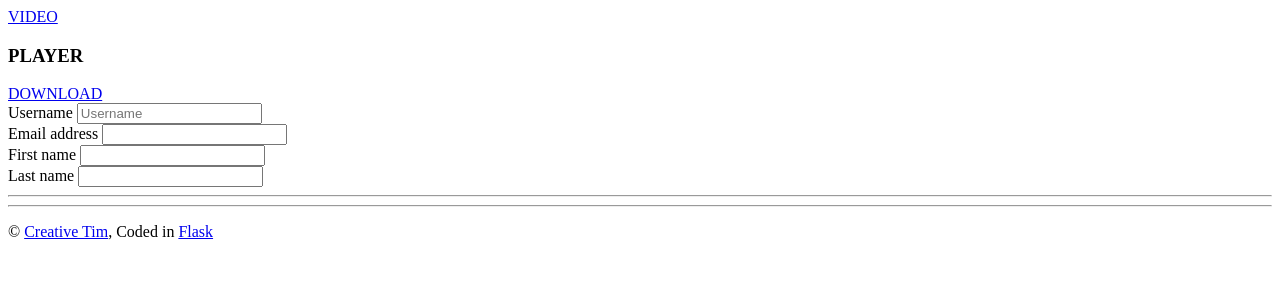
Repository: jasperDD/usedocker
Page: app/templates/pages/profile.html
The author's editor kept a record of every edit. The page is drawn from the files as they stood at one moment, then again after the next edit.
The browser window is 1280 px wide. The pictures show the whole page.
The template is drawn by Flask 3. The application's start-up code is not run. Other server files are loaded and not shown. The template is opened directly, without the code that normally fills it, so the values that code supplies are empty.

Above is the page before.

### app/templates/pages/profile.html
  <!-- Main content -->
  <div class="main-content">
    <!-- Top navbar -->
    <nav class="navbar navbar-top navbar-expand-md navbar-dark" id="navbar-main">
      <div class="container-fluid">
        <!-- Brand -->
        <a class="h4 mb-0 text-white text-uppercase d-none d-lg-inline-block" href="/profile.html">VIDEO</a>
      </div>
    </nav>
    <!-- Header -->
    {% include 'includes/top-stats.html' %}


    <!-- Page content -->
    <div class="container-fluid mt--7">
      <div class="row">
        <!--<div class="col-xl-4 order-xl-2 mb-5 mb-xl-0">-->
        <!--  <div class="card card-profile shadow">-->
        <!--    <div class="row justify-content-center">-->
        <!--      <div class="col-lg-3 order-lg-2">-->
        <!--        <div class="card-profile-image">-->
        <!--          <a href="#">-->
        <!--            <img src="/static/assets/img/theme/team-4-800x800.jpg" class="rounded-circle">-->
        <!--          </a>-->
        <!--        </div>-->
        <!--      </div>-->
        <!--    </div>-->
        <!--    <div class="card-header text-center border-0 pt-8 pt-md-4 pb-0 pb-md-4">-->
        <!--      <div class="d-flex justify-content-between">-->
        <!--        <a href="#" class="btn btn-sm btn-info mr-4">Connect</a>-->
        <!--        <a href="#" class="btn btn-sm btn-default float-right">Message</a>-->
        <!--      </div>-->
        <!--    </div>-->
        <!--    <div class="card-body pt-0 pt-md-4">-->
        <!--      <div class="row">-->
        <!--        <div class="col">-->
        <!--          <div class="card-profile-stats d-flex justify-content-center mt-md-5">-->
        <!--            <div>-->
        <!--              <span class="heading">22</span>-->
        <!--              <span class="description">Friends</span>-->
        <!--            </div>-->
        <!--            <div>-->
        <!--              <span class="heading">10</span>-->
        <!--              <span class="description">Photos</span>-->
        <!--            </div>-->
        <!--            <div>-->
        <!--              <span class="heading">89</span>-->
        <!--              <span class="description">Comments</span>-->
        <!--            </div>-->
        <!--          </div>-->
        <!--        </div>-->
        <!--      </div>-->
        <!--      <div class="text-center">-->
        <!--        <h3>-->
        <!--          Jessica Jones<span class="font-weight-light">, 27</span>-->
        <!--        </h3>-->
        <!--        <div class="h5 font-weight-300">-->
        <!--          <i class="ni location_pin mr-2"></i>Bucharest, Romania-->
        <!--        </div>-->
        <!--        <div class="h5 mt-4">-->
        <!--          <i class="ni business_briefcase-24 mr-2"></i>Solution Manager - Creative Tim Officer-->
        <!--        </div>-->
        <!--        <div>-->
        <!--          <i class="ni education_hat mr-2"></i>University of Computer Science-->
        <!--        </div>-->
        <!--        <hr class="my-4" />-->
        <!--        <p>Ryan — the name taken by Melbourne-raised, Brooklyn-based Nick Murphy — writes, performs and records all of his own music.</p>-->
        <!--        <a href="#">Show more</a>-->
        <!--      </div>-->
        <!--    </div>-->
        <!--  </div>-->
        <!--</div>-->
        <div class="col-xl-12 order-xl-1">
          <div class="card bg-secondary shadow">
            <div class="card-header bg-white border-0">
              <div class="row align-items-center">
                <div class="col-8">
                  <h3 class="mb-0">PLAYER</h3>
                </div>
                <div class="col-4 text-right">
                  <a href="#!" class="btn btn-block btn-primary">DOWNLOAD</a>
                </div>
              </div>
            </div>
            <div class="card-body">
              <form>
                <!--<h6 class="heading-small text-muted mb-4">User information</h6>-->
                <div class="pl-lg-4">
                  <div class="row">
                    <div class="col-lg-6">
                      <div class="form-group">
                        <label class="form-control-label" for="input-username">Username</label>
                        <input type="text" id="input-username" class="form-control form-control-alternative" placeholder="Username" value="{{ current_user.user }}">
                      </div>
                    </div>
                    <div class="col-lg-6">
                      <div class="form-group">
                        <label class="form-control-label" for="input-email">Email address</label>
                        <input type="email" id="input-email" class="form-control form-control-alternative" placeholder="{{ current_user.email }}">
                      </div>
                    </div>
                  </div>
                  <div class="row">
                    <div class="col-lg-6">
                      <div class="form-group">
                        <label class="form-control-label" for="input-first-name">First name</label>
                        <input type="text" id="input-first-name" class="form-control form-control-alternative">
                      </div>
                    </div>
                    <div class="col-lg-6">
                      <div class="form-group">
                        <label class="form-control-label" for="input-last-name">Last name</label>
                        <input type="text" id="input-last-name" class="form-control form-control-alternative">
                      </div>
                    </div>
                  </div>
                </div>
                <hr class="my-4" />
                <!-- Address -->
                <!--<h6 class="heading-small text-muted mb-4">Contact information</h6>-->
                <!--<div class="pl-lg-4">-->
                <!--  <div class="row">-->
                <!--    <div class="col-md-12">-->
                <!--      <div class="form-group">-->
                <!--        <label class="form-control-label" for="input-address">Address</label>-->
                <!--        <input id="input-address" class="form-control form-control-alternative" placeholder="Home Address" value="Bld Mihail Kogalniceanu, nr. 8 Bl 1, Sc 1, Ap 09" type="text">-->
                <!--      </div>-->
                <!--    </div>-->
                <!--  </div>-->
                <!--  <div class="row">-->
                <!--    <div class="col-lg-4">-->
                <!--      <div class="form-group">-->
                <!--        <label class="form-control-label" for="input-city">City</label>-->
                <!--        <input type="text" id="input-city" class="form-control form-control-alternative" placeholder="City" value="New York">-->
                <!--      </div>-->
                <!--    </div>-->
                <!--    <div class="col-lg-4">-->
                <!--      <div class="form-group">-->
                <!--        <label class="form-control-label" for="input-country">Country</label>-->
                <!--        <input type="text" id="input-country" class="form-control form-control-alternative" placeholder="Country" value="United States">-->
                <!--      </div>-->
                <!--    </div>-->
                <!--    <div class="col-lg-4">-->
                <!--      <div class="form-group">-->
                <!--        <label class="form-control-label" for="input-country">Postal code</label>-->
                <!--        <input type="number" id="input-postal-code" class="form-control form-control-alternative" placeholder="Postal code">-->
                <!--      </div>-->
                <!--    </div>-->
                <!--  </div>-->
                <!--</div>-->
                <hr class="my-4" />
                <!-- Description -->
                <!--<h6 class="heading-small text-muted mb-4">About me</h6>-->
                <!--<div class="pl-lg-4">-->
                <!--  <div class="form-group">-->
                <!--    <label>About Me</label>-->
                <!--    <textarea rows="4" class="form-control form-control-alternative" placeholder="A few words about you ...">A beautiful Dashboard for Bootstrap 4. It is Free and Open Source.</textarea>-->
                <!--  </div>-->
                <!--</div>-->
              </form>
            </div>
          </div>
        </div>
      </div>

      {% include 'includes/footer.html' %}

    </div>
  </div>

### app/templates/includes/top-stats.html

    <div class="header bg-gradient-primary pb-8 pt-5 pt-md-8">
      <div class="container-fluid">
        <!--<div class="header-body">-->
          <!-- Card stats -->
          <!--<div class="row">-->
          <!--  <div class="col-xl-3 col-lg-6">-->
          <!--    <div class="card card-stats mb-4 mb-xl-0">-->
          <!--      <div class="card-body">-->
          <!--        <div class="row">-->
          <!--          <div class="col">-->
          <!--            <h5 class="card-title text-uppercase text-muted mb-0">Traffic</h5>-->

          <!--            <span id="stats_traffic" class="h2 font-weight-bold mb-0">N/A</span>-->

          <!--          </div>-->
          <!--          <div class="col-auto">-->
          <!--            <div class="icon icon-shape bg-danger text-white rounded-circle shadow">-->
          <!--              <i class="fas fa-chart-bar"></i>-->
          <!--            </div>-->
          <!--          </div>-->
          <!--        </div>-->
          <!--        <p class="mt-3 mb-0 text-muted text-sm">-->
          <!--          <span class="text-success mr-2"><i class="fa fa-arrow-up"></i> 3.48%</span>-->
          <!--          <span class="text-nowrap">Since last month</span>-->
          <!--        </p>-->
          <!--      </div>-->
          <!--    </div>-->
          <!--  </div>-->
          <!--  <div class="col-xl-3 col-lg-6">-->
          <!--    <div class="card card-stats mb-4 mb-xl-0">-->
          <!--      <div class="card-body">-->
          <!--        <div class="row">-->
          <!--          <div class="col">-->
          <!--            <h5 class="card-title text-uppercase text-muted mb-0">New users</h5>-->

          <!--            <span id="stats_users" class="h2 font-weight-bold mb-0">N/A</span>-->

          <!--          </div>-->
          <!--          <div class="col-auto">-->
          <!--            <div class="icon icon-shape bg-warning text-white rounded-circle shadow">-->
          <!--              <i class="fas fa-chart-pie"></i>-->
          <!--            </div>-->
          <!--          </div>-->
          <!--        </div>-->
          <!--        <p class="mt-3 mb-0 text-muted text-sm">-->
          <!--          <span class="text-danger mr-2"><i class="fas fa-arrow-down"></i> 3.48%</span>-->
          <!--          <span class="text-nowrap">Since last week</span>-->
          <!--        </p>-->
          <!--      </div>-->
          <!--    </div>-->
          <!--  </div>-->
          <!--  <div class="col-xl-3 col-lg-6">-->
          <!--    <div class="card card-stats mb-4 mb-xl-0">-->
          <!--      <div class="card-body">-->
          <!--        <div class="row">-->
          <!--          <div class="col">-->
          <!--            <h5 class="card-title text-uppercase text-muted mb-0">Sales</h5>-->

          <!--            <span id="stats_sales" class="h2 font-weight-bold mb-0">N/A</span>-->

          <!--          </div>-->
          <!--          <div class="col-auto">-->
          <!--            <div class="icon icon-shape bg-yellow text-white rounded-circle shadow">-->
          <!--              <i class="fas fa-users"></i>-->
          <!--            </div>-->
          <!--          </div>-->
          <!--        </div>-->
          <!--        <p class="mt-3 mb-0 text-muted text-sm">-->
          <!--          <span class="text-warning mr-2"><i class="fas fa-arrow-down"></i> 1.10%</span>-->
          <!--          <span class="text-nowrap">Since yesterday</span>-->
          <!--        </p>-->
          <!--      </div>-->
          <!--    </div>-->
          <!--  </div>-->
          <!--  <div class="col-xl-3 col-lg-6">-->
          <!--    <div class="card card-stats mb-4 mb-xl-0">-->
          <!--      <div class="card-body">-->
          <!--        <div class="row">-->
          <!--          <div class="col">-->
          <!--            <h5 class="card-title text-uppercase text-muted mb-0">Performance</h5>-->

          <!--            <span id="stats_perf" class="h2 font-weight-bold mb-0">N/A</span>-->

          <!--          </div>-->
          <!--          <div class="col-auto">-->
          <!--            <div class="icon icon-shape bg-info text-white rounded-circle shadow">-->
          <!--              <i class="fas fa-percent"></i>-->
          <!--            </div>-->
          <!--          </div>-->
          <!--        </div>-->
          <!--        <p class="mt-3 mb-0 text-muted text-sm">-->
          <!--          <span class="text-success mr-2"><i class="fas fa-arrow-up"></i> 12%</span>-->
          <!--          <span class="text-nowrap">Since last month</span>-->
          <!--        </p>-->
          <!--      </div>-->
          <!--    </div>-->
          <!--  </div>-->
          <!--</div>-->
        <!--</div>-->
      </div>
    </div>

### app/templates/includes/footer.html

      <!-- Footer -->
      <footer class="footer">
        <div class="row align-items-center justify-content-xl-between">
          <div class="col-xl-6">
            <div class="copyright text-center text-xl-left text-muted">
              &copy; <a href="https://www.creative-tim.com/product/argon-dashboard" class="font-weight-bold ml-1" >Creative Tim</a>,
                Coded in <a href="http://flask.pocoo.org/">Flask</a>
            </div>
          </div>
          <div class="col-xl-6">
            <ul class="nav nav-footer justify-content-center justify-content-xl-end">


            </ul>
          </div>
        </div>
      </footer>

After the next edit:
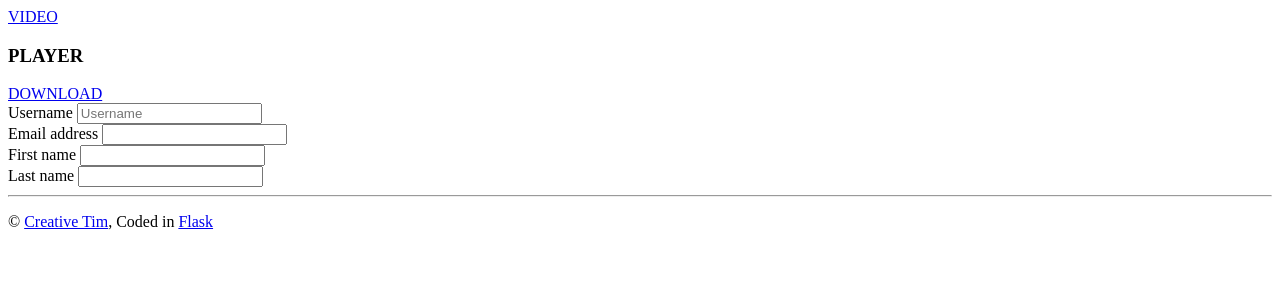
The edit:
--- a/app/templates/pages/profile.html
+++ b/app/templates/pages/profile.html
@@ -115,7 +115,7 @@
                     </div>
                   </div>
                 </div>
-                <hr class="my-4" />
+                <!--<hr class="my-4" />-->
                 <!-- Address -->
                 <!--<h6 class="heading-small text-muted mb-4">Contact information</h6>-->
                 <!--<div class="pl-lg-4">-->
